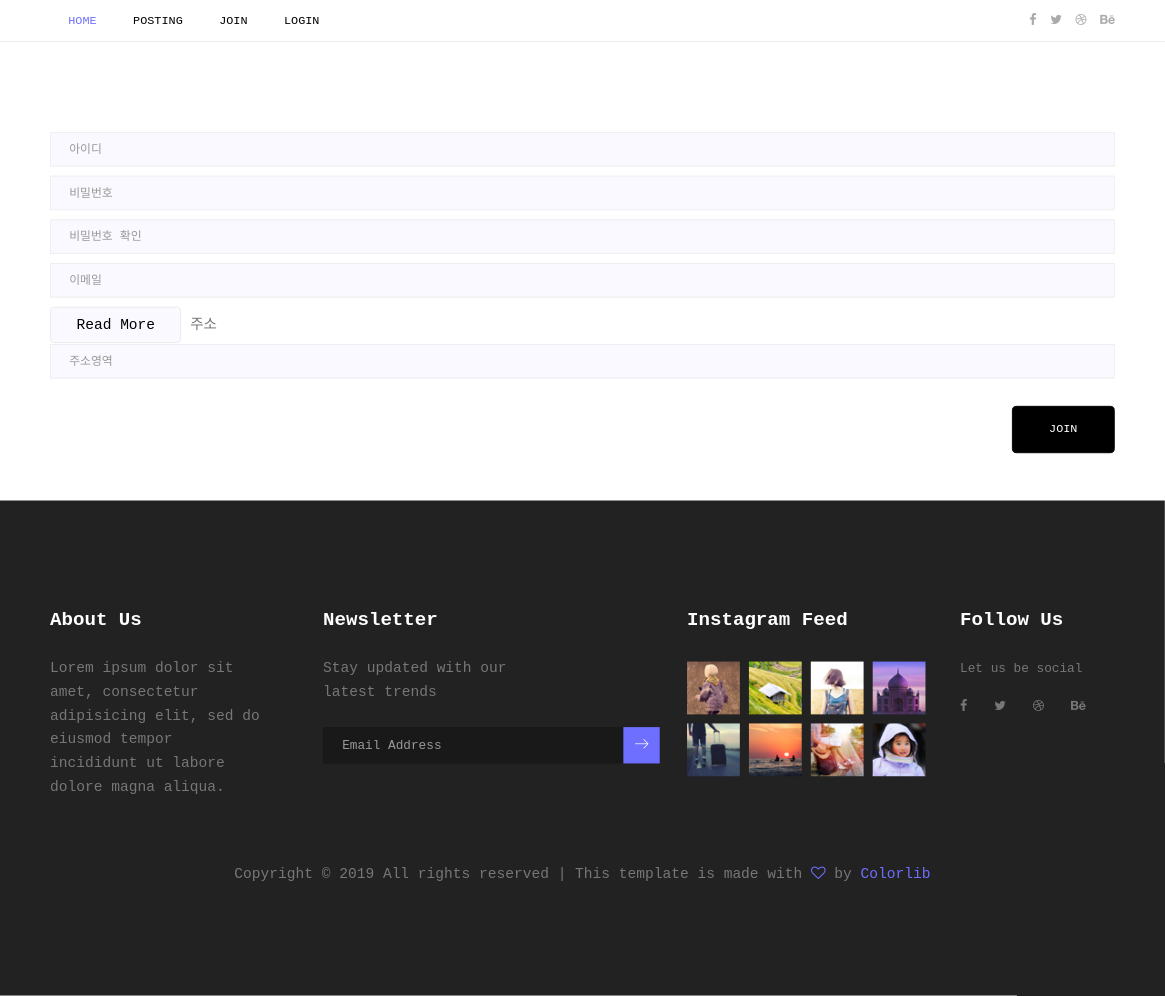
Repository: heonyKim/JSP
Page: http://localhost/blog/user/join.jsp
These files come from the project's save history. The page is drawn as it stood at one moment and after the next save; the edit follows.
The browser window is 1280 px wide. The pictures show the whole page, at 91% of full size.
Some web fonts or font styles are not loaded; a fallback is used. The page is served by Tomcat 9. Other server files are loaded and not shown.

Above is the page before, as saved 2019-10-31 01:20:00.

### blog_project/blog/WebContent/user/join.jsp
<%@ page language="java" contentType="text/html; charset=UTF-8" pageEncoding="UTF-8"%>


<%@ include file="/include/nav.jsp"%>



<!-- Contact Area -->
<section class="contact_area">
	<div class="container">
		<div class="row">

			<div class="col-lg-12">
				<form class="row contact_form" action="/blog/user?cmd=join" method="POST" id="contactForm" onsubmit="return validateCheck()">
					<div class="col-md-12">
						<div class="form-group">
							<input type="text" class="form-control" name="username" required="required" placeholder="아이디" maxlength="20">
						</div>
					</div>

					<div class="col-md-12">
						<div class="form-group">
							<input type="password" class="form-control" id="password" name="password" required="required" placeholder="비밀번호" maxlength="20" >
						</div>
					</div>

					<div class="col-md-12">
						<div class="form-group">
							<input type="password" class="form-control" id="passwordCheck" name="passwordCheck" required="required" placeholder="비밀번호 확인" maxlength="20">
						</div>
					</div>

					<div class="col-md-12">
						<div class="form-group">
							<input type="email" class="form-control" name="email" required="required" placeholder="이메일" maxlength="40">
						</div>
					</div>


					<div class="col-md-12">
						<div class="form-group">
						<a class="blog_btn" href="#">Read More</a>
							<label>주소</label>
							<input type="text" class="form-control" name="adress" id="adress" required="required" placeholder="주소영역" maxlength="60" readonly>
						</div>
					</div>


					<div class="col-md-12 text-right">
						<button type="submit" value="submit" class="btn submit_btn" >JOIN</button>
					</div>
				</form>
			</div>
		</div>
	</div>
</section>
<!-- Contact Area -->
<br>
<br>

	<script>
		function validateCheck(){

			var password = document.querySelector('#password').value;
			var passwordCheck = document.querySelector('#passwordCheck').value;

			if(password===passwordCheck){
				console.log("비밀번호가 동일합니다");
				return true;
			}else{
				console.log("비밀번호 틀림");
				alert("비밀번호를 다시확인하세요");
				return false;
			}

		}
	</script>


<%@ include file="/include/footer.jsp"%>

### blog_project/blog/WebContent/include/nav.jsp
<%@ page language="java" contentType="text/html; charset=UTF-8" pageEncoding="UTF-8"%>
<%@ taglib prefix="c" uri="http://java.sun.com/jsp/jstl/core"%>
<!doctype html>
<html lang="en">
<head>
<!-- Required meta tags -->
<meta charset="utf-8">
<meta name="viewport" content="width=device-width, initial-scale=1, shrink-to-fit=no">
<link rel="icon" href="/blog/img/favicon.png" type="image/png">
<title>Blog</title>
<!-- Bootstrap CSS -->
<link rel="stylesheet" href="/blog/css/bootstrap.css">
<link rel="stylesheet" href="/blog/vendors/linericon/style.css">
<link rel="stylesheet" href="/blog/css/font-awesome.min.css">
<link rel="stylesheet" href="/blog/vendors/owl-carousel/owl.carousel.min.css">
<link rel="stylesheet" href="/blog/vendors/lightbox/simpleLightbox.css">
<link rel="stylesheet" href="/blog/vendors/nice-select/css/nice-select.css">
<link rel="stylesheet" href="/blog/vendors/animate-css/animate.css">
<link rel="stylesheet" href="/blog/vendors/jquery-ui/jquery-ui.css">
<!-- main css -->
<link rel="stylesheet" href="/blog/css/style.css">
<link rel="stylesheet" href="/blog/css/responsive.css">
<style>
.board_list_content {
	display:block;
	display: -webkit-box;
	-webkit-box-orient: vertical;
	text-align: left;
	overflow: hidden;
	text-overflow: ellipsis;
	white-space: normal;
	line-height: 1.4;
	height : 2.6em;
	-webkit-line-clamp: 2;
	margin-bottom: 20px;
	word-break: break-all;
}
</style>
</head>
<body>

	<!--================Header Menu Area =================-->
	<header class="header_area">
		<div class="main_menu">
			<nav class="navbar navbar-expand-lg navbar-light">
				<div class="container box_1620">
					<!-- Brand and toggle get grouped for better mobile display -->
					<a class="navbar-brand logo_h" href="/blog/index.jsp"><img src="/blog/img/logo.png" alt=""></a>
					<button class="navbar-toggler" type="button" data-toggle="collapse" data-target="#navbarSupportedContent" aria-controls="navbarSupportedContent" aria-expanded="false"
						aria-label="Toggle navigation">
						<span class="icon-bar"></span> <span class="icon-bar"></span> <span class="icon-bar"></span>
					</button>
					<!-- Collect the nav links, forms, and other content for toggling -->
					<div class="collapse navbar-collapse offset" id="navbarSupportedContent">
						<ul class="nav navbar-nav menu_nav">
							<li class="nav-item active"><a class="nav-link" href="/blog/index.jsp">Home</a></li>
							<li class="nav-item"><a class="nav-link" href="/blog/board/write.jsp">Posting</a></li>
							<li class="nav-item"><a class="nav-link" href="/blog/user/join.jsp">Join</a></li>

							<c:choose>
								<c:when test="${empty sessionScope.user}">
									<li class="nav-item"><a class="nav-link" href="/blog/user/login.jsp">LOGIN</a></li>
								</c:when>
								<c:otherwise>
									<li class="nav-item"><a class="nav-link" href="/blog/user?cmd=logout">LOGOUT</a></li>
								</c:otherwise>
							</c:choose>



						</ul>
						<ul class="nav navbar-nav navbar-right header_social ml-auto">
							<li class="nav-item"><a href="#"><i class="fa fa-facebook"></i></a></li>
							<li class="nav-item"><a href="#"><i class="fa fa-twitter"></i></a></li>
							<li class="nav-item"><a href="#"><i class="fa fa-dribbble"></i></a></li>
							<li class="nav-item"><a href="#"><i class="fa fa-behance"></i></a></li>
						</ul>
					</div>
				</div>
			</nav>
		</div>

	</header>
	<!--================Header Menu Area =================-->

### blog_project/blog/WebContent/include/footer.jsp
<%@ page language="java" contentType="text/html; charset=UTF-8" pageEncoding="UTF-8"%>
<!DOCTYPE html>
<html>
<head>
<meta charset="UTF-8">
<title>Insert title here</title>
</head>
<body>
	<!--================ start footer Area  =================-->
	<footer class="footer-area p_120">
		<div class="container">
			<div class="row">
				<div class="col-lg-3  col-md-6 col-sm-6">
					<div class="single-footer-widget">
						<h6 class="footer_title">About Us</h6>
						<p>Lorem ipsum dolor sit amet, consectetur adipisicing elit, sed do eiusmod tempor incididunt ut labore dolore magna aliqua.</p>
					</div>
				</div>
				<div class="col-lg-4 col-md-6 col-sm-6">
					<div class="single-footer-widget">
						<h6 class="footer_title">Newsletter</h6>
						<p>Stay updated with our latest trends</p>
						<div id="mc_embed_signup">
							<form target="_blank" action="https://spondonit.us12.list-manage.com/subscribe/post?u=1462626880ade1ac87bd9c93a&amp;id=92a4423d01" method="get" class="subscribe_form relative">
								<div class="input-group d-flex flex-row">
									<input name="EMAIL" placeholder="Email Address" onfocus="this.placeholder = ''" onblur="this.placeholder = 'Email Address '" required="" type="email">
									<button class="btn sub-btn">
										<span class="lnr lnr-arrow-right"></span>
									</button>
								</div>
								<div class="mt-10 info"></div>
							</form>
						</div>
					</div>
				</div>
				<div class="col-lg-3 col-md-6 col-sm-6">
					<div class="single-footer-widget instafeed">
						<h6 class="footer_title">Instagram Feed</h6>
						<ul class="list instafeed d-flex flex-wrap">
							<li><img src="/blog/img/instagram/Image-01.jpg" alt=""></li>
							<li><img src="/blog/img/instagram/Image-02.jpg" alt=""></li>
							<li><img src="/blog/img/instagram/Image-03.jpg" alt=""></li>
							<li><img src="/blog/img/instagram/Image-04.jpg" alt=""></li>
							<li><img src="/blog/img/instagram/Image-05.jpg" alt=""></li>
							<li><img src="/blog/img/instagram/Image-06.jpg" alt=""></li>
							<li><img src="/blog/img/instagram/Image-07.jpg" alt=""></li>
							<li><img src="/blog/img/instagram/Image-08.jpg" alt=""></li>
						</ul>
					</div>
				</div>
				<div class="col-lg-2 col-md-6 col-sm-6">
					<div class="single-footer-widget f_social_wd">
						<h6 class="footer_title">Follow Us</h6>
						<p>Let us be social</p>
						<div class="f_social">
							<a href="#"><i class="fa fa-facebook"></i></a> <a href="#"><i class="fa fa-twitter"></i></a> <a href="#"><i class="fa fa-dribbble"></i></a> <a href="#"><i class="fa fa-behance"></i></a>
						</div>
					</div>
				</div>
			</div>
			<div class="row footer-bottom d-flex justify-content-between align-items-center">
				<p class="col-lg-12 footer-text text-center">
					<!-- Link back to Colorlib can't be removed. Template is licensed under CC BY 3.0. -->
					Copyright &copy;
					<script>
						document.write(new Date().getFullYear());
					</script>
					All rights reserved | This template is made with <i class="fa fa-heart-o" aria-hidden="true"></i> by <a href="https://colorlib.com" target="_blank">Colorlib</a>
					<!-- Link back to Colorlib can't be removed. Template is licensed under CC BY 3.0. -->
				</p>
			</div>
		</div>
	</footer>
	<!--================ End footer Area  =================-->




	<!-- Optional JavaScript -->
	<!-- jQuery first, then Popper.js, then Bootstrap JS -->
	<script src="/blog/js/jquery-3.2.1.min.js"></script>
	<script src="/blog/js/popper.js"></script>
	<script src="/blog/js/bootstrap.min.js"></script>
	<script src="/blog/js/stellar.js"></script>
	<script src="/blog/vendors/lightbox/simpleLightbox.min.js"></script>
	<script src="/blog/vendors/nice-select/js/jquery.nice-select.min.js"></script>
	<script src="/blog/vendors/isotope/imagesloaded.pkgd.min.js"></script>
	<script src="/blog/vendors/isotope/isotope-min.js"></script>
	<script src="/blog/vendors/owl-carousel/owl.carousel.min.js"></script>
	<script src="/blog/vendors/jquery-ui/jquery-ui.js"></script>
	<script src="/blog/js/jquery.ajaxchimp.min.js"></script>
	<script src="/blog/js/mail-script.js"></script>
	<script src="/blog/js/theme.js"></script>
	<script src=""></script>
	<script src=""></script>
</body>
</html>

### blog_project/blog/WebContent/css/responsive.css
@media (max-width:1619px){
	/* Main Menu Area css
	============================================================================================ */
   .header_area .navbar .search {
		margin-left: 40px;
	}
	/* End Main Menu Area css
	============================================================================================ */
	.home_banner_area .blog_text_slider .owl-prev, .home_banner_area .blog_text_slider .owl-next {
		right: 0px;
		font-size: 30px;
	}
}
@media (max-width:1199px){
	/* Main Menu Area css
	============================================================================================ */
	.header_area + section, .header_area + div {
		margin-top: 143px;
	}
	.top_menu .container{
		display: block;
	}
	/* End Main Menu Area css
	============================================================================================ */
	/* Home Banner Area css
	============================================================================================ */
	.home_banner_area {
		min-height: 700px;
	}
	/* End Home Banner Area css
	============================================================================================ */
	.home_banner_area {
		background-size: cover;
	}
	.blog_text {
		padding: 65px 65px 65px 65px;
	}
	.banner_area {
		background-size: cover;
	}
	.blog_style1 .blog_text {
		padding-left: 15px;
		padding-right: 15px;
		padding-top: 0px;
		padding-bottom: 0px;
	}
}

@media (max-width:991px){
	/* Main Menu Area css
	============================================================================================ */
	.logo_part {
		display: none;
	}
    .navbar-toggler {
        border: none;
        border-radius: 0px;
        padding: 0px;
        cursor: pointer;
        margin-top: 27px;
        margin-bottom: 23px;
		float: right;
    }
	.header_area .navbar {
		background: #fff;
	}
    .navbar-toggler[aria-expanded="false"] span:nth-child(2) {
		opacity: 1;
	}
	.navbar-toggler[aria-expanded="true"] span:nth-child(2) {
		opacity: 0;
	}
	.navbar-toggler[aria-expanded="true"] span:first-child {
		transform: rotate(-45deg);
		position: relative;
		top: 7.5px;
	}
	.navbar-toggler[aria-expanded="true"] span:last-child {
		transform: rotate(45deg);
		bottom: 6px;
		position: relative;
	}
	.navbar-toggler span{
		display: block;
		width: 25px;
		height: 3px;
		background: #000;
		margin: auto;
		margin-bottom: 4px;
		transition: all 400ms linear;
		cursor: pointer;
	}
    .navbar .container{
        padding-left: 15px;
        padding-right: 15px;
    }
    .nav{
        padding: 0px 0px;
    }
	.header_area + section, .header_area + row, .header_area + div {
		margin-top: 117px;
	}
    .header_top .nav{
        padding: 0px;
    }
    .header_area .navbar .nav .nav-item .nav-link{
        line-height: 40px;
        margin-right: 0px;
        display: block;
		border-bottom: 1px solid #ededed33;
		border-radius: 0px;
    }
    .header_area .navbar .search{
        margin-left: 0px;
    }
	.header_area .navbar-collapse{
		max-height: 340px;
		overflow-y: scroll;
	}
	.header_area .navbar .nav .nav-item.submenu ul .nav-item .nav-link {
		padding: 0px 15px;
	}
	.header_area .navbar .nav .nav-item {
		margin-right: 0px;
	}
	.header_area + section, .header_area + row, .header_area + div {
		margin-top: 71px;
	}
	.main_menu .navbar .container_inner {
		display: block;
	}
	.main_menu .navbar .navbar-brand {
		display: inline-block;
		padding-top: 11px;
		width: 173px;
	}
	.main_menu .navbar .navbar-brand img {
		width: 100%;
	}
	/* End Main Menu Area css
	============================================================================================ */

	/* Contact Page Area css
	============================================================================================ */
	.contact_info{
		margin-bottom: 50px;
	}
	/* End Contact page Area css
	============================================================================================ */
	.home_banner_area .donation_inner{
		margin-bottom: -30px;
	}
	.single-footer-widget{
		margin-bottom: 30px;
	}
	.footer-area .row{
		margin-bottom: -30px;
	}
	/* Footer Area css
	============================================================================================ */
	/* End End Footer Area css
	============================================================================================ */
	.home_banner_area {
		background-size: cover;
		margin-bottom: 0px;
	}
	/* Extra header Area css
	============================================================================================ */
	/* End Extra header Area css
	============================================================================================ */

	.nav.navbar-nav.navbar-right.header_social{
		display: none;
	}

}
@media (max-width:767px){
	.home_banner_area {
		min-height: 500px;
	}
	.home_banner_area .banner_inner {
		min-height: 500px;
	}
	.home_banner_area .banner_inner .banner_content {
		margin-top: 0px;
	}
	/* Blog Page Area css
	============================================================================================ */
    .blog_banner .banner_inner .blog_b_text h2 {
		font-size: 40px;
		line-height: 50px;
	}
	.blog_info.text-right{
		text-align: left !important;
		margin-bottom: 10px;
	}
	/* End Blog Page Area css
	============================================================================================ */
	.home_banner_area .banner_inner .banner_content h3 {
		font-size: 30px;
	}
	.home_banner_area .banner_inner .banner_content p br {
		display: none;
	}
	/* Footer Area css
	============================================================================================ */
	.footer-bottom .footer-text{
		text-align: center;
	}
	.footer-bottom .footer-social {
		text-align: center;
		margin-bottom: 20px;
	}
	/* End End Footer Area css
	============================================================================================ */
	.blog_style1.small .blog_img img{
		width: 100%;
	}
}
@media (max-width:575px){

	.header_area + section, .header_area + row, .header_area + div {
		margin-top: 71px;
	}
	.top_menu {
		display: none;
	}

    /* Home Banner Area css
	============================================================================================ */
	.home_banner_area .banner_inner .banner_content h2 {
		font-size: 28px;
	}
	.home_banner_area {
		min-height: 500px;
	}
	.home_banner_area .banner_inner {
		min-height: 500px;
	}
	.blog_banner .banner_inner .blog_b_text {
		margin-top: 0px;
	}
	.home_banner_area .banner_inner .banner_content img{
		display: none;
	}
	.home_banner_area .banner_inner .banner_content h5 {
		margin-top: 0px;
	}
	.home_banner_area .banner_inner .banner_content .date a {
		margin-right: 8px;
	}
	/* End Home Banner Area css
	============================================================================================ */
	.p_120 {
		padding-top: 70px;
		padding-bottom: 70px;
	}
	.main_title h2 {
		font-size: 25px;
	}
	/* Elements Area css
	============================================================================================ */
	.sample-text-area {
		padding: 70px 0 70px 0;
	}
	/* End Elements Area css
	============================================================================================ */

	/* Blog Page Area css
	============================================================================================ */
	.blog_details h2 {
		font-size: 20px;
		line-height: 30px;
	}
	.blog_banner .banner_inner .blog_b_text h2 {
		font-size: 28px;
		line-height: 38px;
	}
	.banner_area .banner_inner .banner_content {
		margin-top: 0px;
	}
	/* End Blog Page Area css
	============================================================================================ */
	/* Footer Area css
	============================================================================================ */
	/* End End Footer Area css
	============================================================================================ */
	.pad_top {
		padding-top: 70px;
	}
	.mt-100 {
		margin-top: 50px;
	}
	.single-footer-widget p {
		max-width: 100%;
	}
	.p_100 {
		padding-top: 70px;
		padding-bottom: 70px;
	}
	.blog_style1 .blog_text .blog_text_inner {
		margin-top: 0px;
	}
	.blog_style1 .blog_text {
		padding-left: 0px;
		padding-right: 0px;
		padding-top: 0px;
		padding-bottom: 0px;
	}
	.blog_text .cat a {
		margin-right: 5px;
	}
	.blog_text .cat .cat_btn {
		display: block;
		width: 86px;
		margin-bottom: 10px;
	}
}

@media (max-width:480px){
	/* Main Menu Area css
	============================================================================================ */
	.header_area .navbar-collapse{
		max-height: 250px;
	}
	/* End Main Menu Area css
	============================================================================================ */

	/* Home Banner Area css
	============================================================================================ */
    .home_banner_area .banner_inner .banner_content {
		padding: 30px 15px;
		margin-top: 0px;
	}
	.banner_content .white_btn {
		display: block;
	}
	.home_banner_area .banner_inner .banner_content h3 {
		font-size: 24px;
	}
	.home_banner_area .carousel .carousel-indicators {
		bottom: -50px;
		z-index: 20;
	}
	/* End Home Banner Area css
	============================================================================================ */
	.banner_area .banner_inner .banner_content h2 {
		font-size: 32px;
	}
	/* Blog Page Area css
	============================================================================================ */
	.comments-area .thumb {
		margin-right: 10px;
	}

	/* End Blog Page Area css
	============================================================================================ */
	.home_banner_area .blog_text_slider .owl-prev {
		top: auto;
		bottom: 110px;
		transform: translateY(-0%);
		left: 10px;
	}
	.home_banner_area .blog_text_slider .owl-next {
		top: auto;
		bottom: 110px;
		right: 10px;
		transform: translateY(-0%);
	}
	.blog_text {
		padding: 60px 20px;
	}
}

Loaded but not shown: blog_project/blog/WebContent/css/bootstrap.css (library); blog_project/blog/WebContent/vendors/linericon/style.css (library); blog_project/blog/WebContent/css/font-awesome.min.css (library); blog_project/blog/WebContent/vendors/owl-carousel/owl.carousel.min.css (common file); blog_project/blog/WebContent/vendors/lightbox/simpleLightbox.css (library); blog_project/blog/WebContent/vendors/nice-select/css/nice-select.css (library); blog_project/blog/WebContent/vendors/animate-css/animate.css (library); blog_project/blog/WebContent/vendors/jquery-ui/jquery-ui.css (library); blog_project/blog/WebContent/js/jquery-3.2.1.min.js (library); blog_project/blog/WebContent/js/popper.js (library); blog_project/blog/WebContent/js/bootstrap.min.js (library); blog_project/blog/WebContent/js/stellar.js (library); blog_project/blog/WebContent/vendors/lightbox/simpleLightbox.min.js (library); blog_project/blog/WebContent/vendors/nice-select/js/jquery.nice-select.min.js (common file); blog_project/blog/WebContent/vendors/isotope/imagesloaded.pkgd.min.js (library); blog_project/blog/WebContent/vendors/isotope/isotope-min.js (library); blog_project/blog/WebContent/vendors/owl-carousel/owl.carousel.min.js (library); blog_project/blog/WebContent/vendors/jquery-ui/jquery-ui.js (library); blog_project/blog/WebContent/js/jquery.ajaxchimp.min.js (library); blog_project/blog/WebContent/js/theme.js (283 lines, source omitted); blog_project/blog/WebContent/js/mail-script.js (31 lines, source omitted); blog_project/blog/WebContent/css/style.css (3905 lines, source omitted)

After the next save:
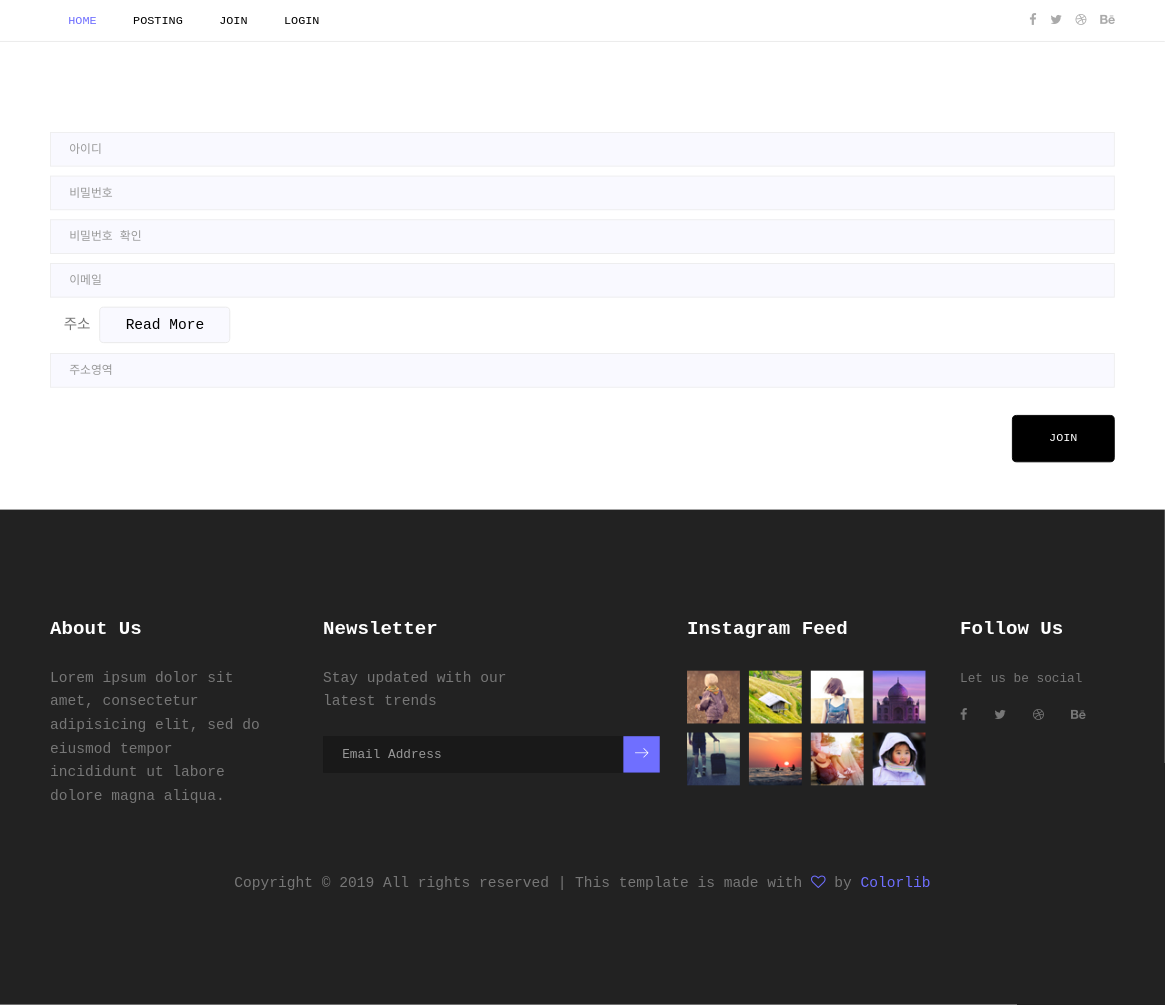
Saved 62 s later.
--- a/blog_project/blog/WebContent/user/join.jsp
+++ b/blog_project/blog/WebContent/user/join.jsp
@@ -20,7 +20,7 @@
 
 					<div class="col-md-12">
 						<div class="form-group">
-							<input type="password" class="form-control" id="password" name="password" required="required" placeholder="비밀번호" maxlength="20" >
+							<input type="password" class="form-control" id="password" name="password" required="required" placeholder="비밀번호" maxlength="20">
 						</div>
 					</div>
 
@@ -39,15 +39,18 @@
 
 					<div class="col-md-12">
 						<div class="form-group">
-						<a class="blog_btn" href="#">Read More</a>
-							<label>주소</label>
+							<div class="col-md-12">
+								<div class="form-group">
+									<label>주소</label> <a class="blog_btn" href="#">Read More</a>
+								</div>
+							</div>
 							<input type="text" class="form-control" name="adress" id="adress" required="required" placeholder="주소영역" maxlength="60" readonly>
 						</div>
 					</div>
 
 
 					<div class="col-md-12 text-right">
-						<button type="submit" value="submit" class="btn submit_btn" >JOIN</button>
+						<button type="submit" value="submit" class="btn submit_btn">JOIN</button>
 					</div>
 				</form>
 			</div>
@@ -58,7 +61,7 @@
 <br>
 <br>
 
-	<script>
+<script>
 		function validateCheck(){
 
 			var password = document.querySelector('#password').value;
